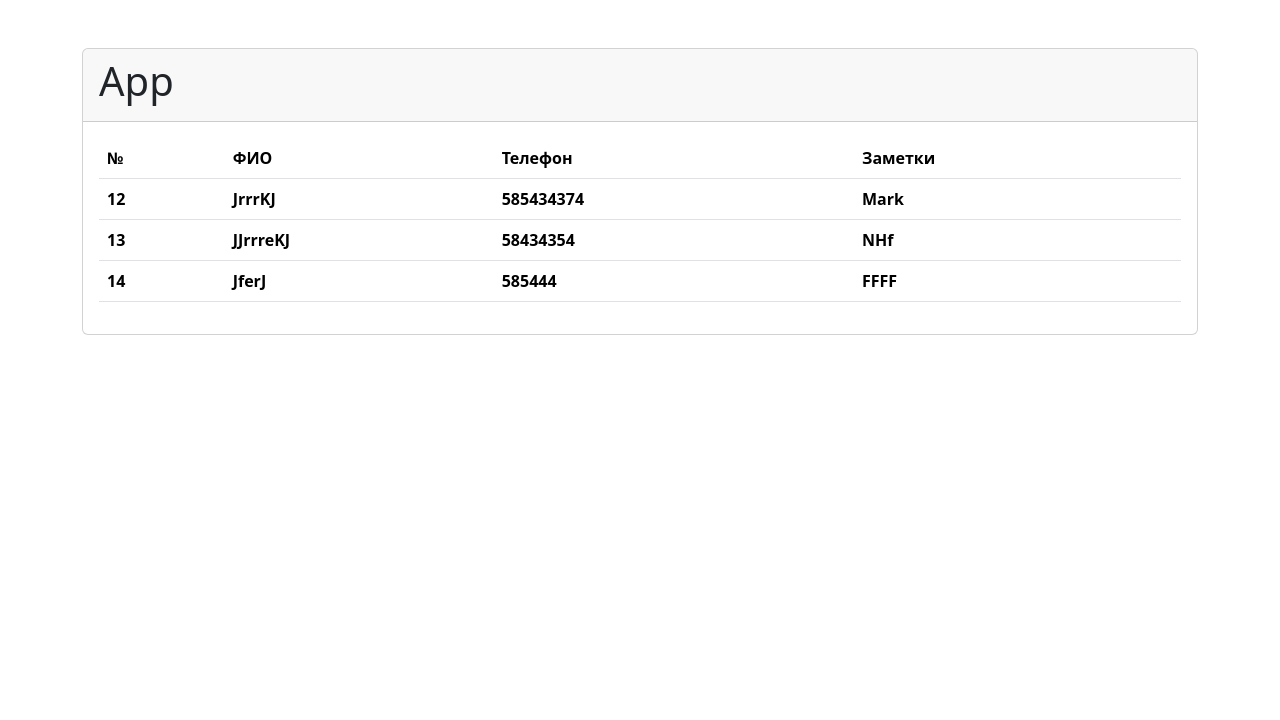
Repository: tatacheba/appstepikjavareact
Page: / (app in client/)
These files come from the project's save history. The page is drawn as it stood at one moment and after the next save; the edit follows.
The browser window is 1280 px wide. The pictures show the whole page.
The project was rebuilt for these pictures with package versions that can differ from the ones it lists, and the page was loaded fresh each time. Also part of the build but not shown: client/src/App.css.

Above is the page before, as saved 2024-11-25 16:59:54.

After the next save:
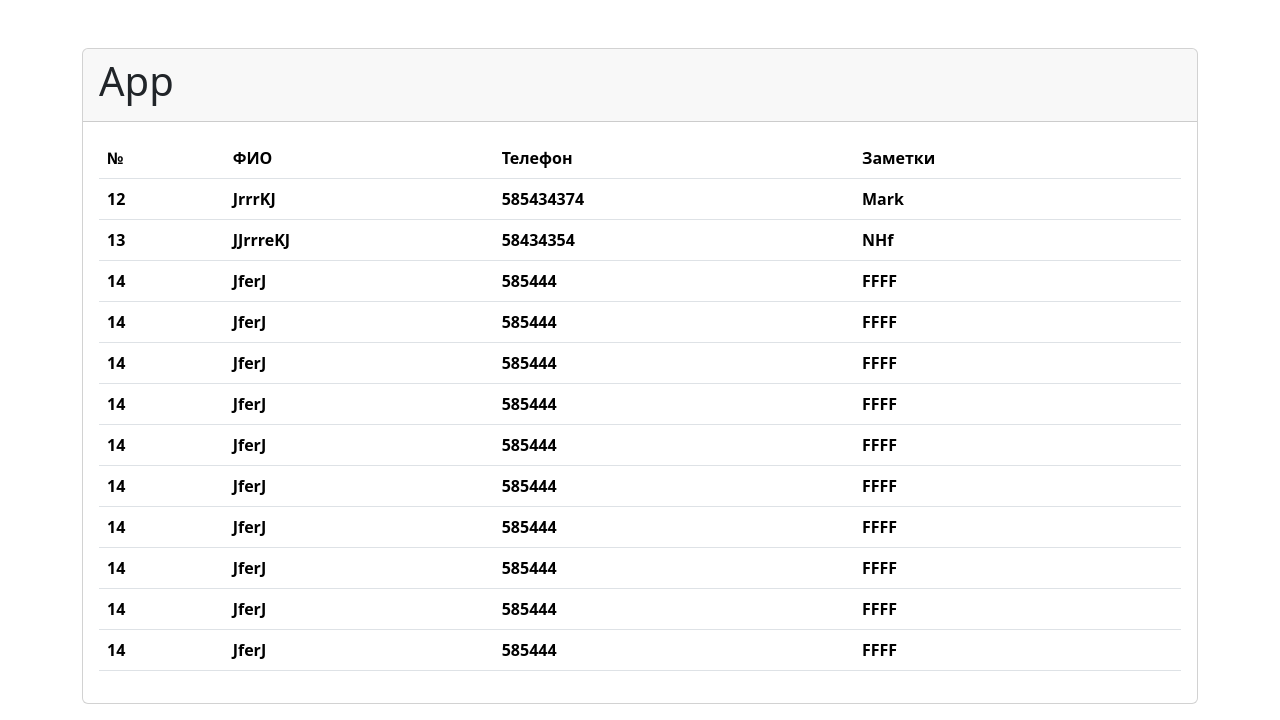
Saved 42 h 3 min later.
--- a/client/src/layouts/tableView/TablewView.js
+++ b/client/src/layouts/tableView/TablewView.js
@@ -5,6 +5,15 @@ const TablewView = () => {
     const data = [
         { id: 12, fullName: "JrrrKJ", phone: 585434374, notes: "Mark" },
         { id: 13, fullName: "JJrrreKJ", phone: 58434354, notes: "NHf" },
+        { id: 14, fullName: "JferJ", phone: 585444, notes: "FFFF" },
+        { id: 14, fullName: "JferJ", phone: 585444, notes: "FFFF" },
+        { id: 14, fullName: "JferJ", phone: 585444, notes: "FFFF" },
+        { id: 14, fullName: "JferJ", phone: 585444, notes: "FFFF" },
+        { id: 14, fullName: "JferJ", phone: 585444, notes: "FFFF" },
+        { id: 14, fullName: "JferJ", phone: 585444, notes: "FFFF" },
+        { id: 14, fullName: "JferJ", phone: 585444, notes: "FFFF" },
+        { id: 14, fullName: "JferJ", phone: 585444, notes: "FFFF" },
+        { id: 14, fullName: "JferJ", phone: 585444, notes: "FFFF" },
         { id: 14, fullName: "JferJ", phone: 585444, notes: "FFFF" },
     ];
     return (
